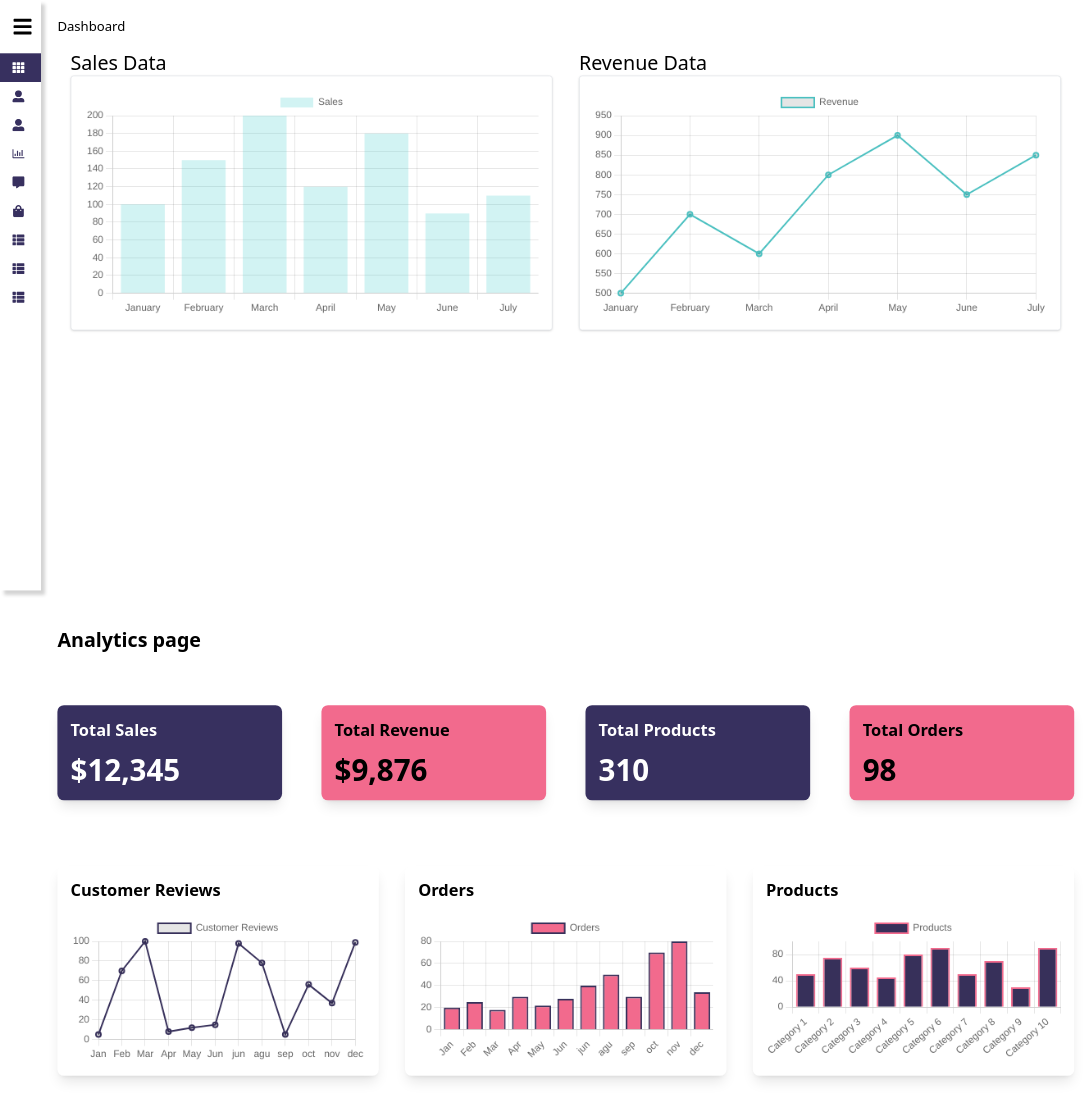
Repository: AndargWorku12/admin-dashboard
Page: /
An editor plug-in stored every save of this project. The page is shown before and after the next save, followed by the edit.
The browser window is 1280 px wide. The page is 1330 px wide, so the pictures cover 1330 px, including what lies to the right of the window. The pictures show the whole page, at 82% of full size.
The project was rebuilt for these pictures with package versions that can differ from the ones it lists, and the page was loaded fresh each time. Also part of the build but not shown: src/styles/orders.css, src/pages/OrderTable.tsx, src/pages/OrderModal.tsx, src/pages/Orders.tsx, src/pages/CategoryDropdown.tsx, src/pages/CategoryModal.tsx, src/pages/CategoryPage.tsx, src/styles/login.css and 9 more.

Above is the page before, as saved 2024-02-02 03:09:35.

### src/index.tsx
import { ColorModeScript } from "@chakra-ui/react"
import * as React from "react"
import * as ReactDOM from "react-dom/client"
import App from "./App"
import './index.css'

const container = document.getElementById("root")
if (!container) throw new Error('Failed to find the root element');
const root = ReactDOM.createRoot(container)

root.render(

  <React.StrictMode>
    <ColorModeScript />
    <App />
  </React.StrictMode>,

)

### src/App.tsx

import React, {useState} from 'react';
import { BrowserRouter, Route, Routes } from 'react-router-dom';
import Sidebar from './components/Sidebar';
import Dashboard from './pages/Dashboard';
// import SignUpForm from './pages/LoginPopup'
import Orders from './pages/Orders';
import Category from './pages/CategoryPage';
import Login from './pages/Login'
import Analytics from './pages/Analytics';
import CustemerReview from './pages/CustemerReview';
import ProductList from './pages/ProductList';
import ShopCard from './pages/ShopCard';
import './App.css'
import SignUpForm from './pages/SignUpForm';
import ForgotPassword from './pages/ForgetPassword';
import AnalyticsPage from './pages/Analytics';



type SaleData = {
  date: string;
  amount: number;
};

type RevenueData = {
  month: string;
  revenue: number;
};

type Product = {
    id: string;
    photo: string;
    name: string;
    price: number;
    category: string;
};

type Order = {
    id: string;
    productName: string;
    quantity: number;
    totalPrice: number;

};

type CategoryType = {
  id: string;
  photo:string;
  name: string;
};



// Sample props for components
type DashboardProps = {
  saleData: SaleData[];
  revenueData: RevenueData[];
  // ... other props
};

type AnalyticsProps = {
  salesData: SaleData[];
  // ... other props
};

type ProductProps = {
  products: Product[];
  onUpdate: (productId: string, updatedProduct: Product) => void;

};




type OrderProps = {
  orders: Order[];
  // ... other props
};

type CategoryProps = {
  categories: CategoryType[];
  // ... other props
};







const App: React.FC = () => {


// for the product page to handle
  const [products, setProducts] = useState<Product[]>([


    {
      id: '1',
      photo: 'https://img.ltwebstatic.com/images3_pi/2022/01/10/16417919016a32607182dd11dedeb77e8324b683e8_thumbnail_900x.webp',
      name: 'Product 1',
      price: 29.99,
      category: 'Electronics',
    },
    {
      id: '2',
      photo: 'https://img.ltwebstatic.com/images3_pi/2022/01/10/16417919016a32607182dd11dedeb77e8324b683e8_thumbnail_900x.webp',
      name: 'Product 2',
      price: 49.99,
      category: 'Clothing',
    },
    {
      id: '3',
      photo: 'https://img.ltwebstatic.com/images3_pi/2022/01/10/16417919016a32607182dd11dedeb77e8324b683e8_thumbnail_900x.webp',
      name: 'Product 3',
      price: 9.99,
      category: 'Books',
    },
    {
      id: '4',
      photo: 'https://img.ltwebstatic.com/images3_pi/2022/01/10/16417919016a32607182dd11dedeb77e8324b683e8_thumbnail_900x.webp',
      name: 'Product 4',
      price: 79.99,
      category: 'Home and Kitchen',
    },
    {
      id: '5',
      photo: 'https://img.ltwebstatic.com/images3_pi/2022/01/10/16417919016a32607182dd11dedeb77e8324b683e8_thumbnail_900x.webp',
      name: 'Product 5',
      price: 39.99,
      category: 'Toys',
    },



  ]);

  // Function to handle creating a new product
  const handleCreate = (newProduct: Product) => {
    setProducts((prevProducts) => [...prevProducts, newProduct]);
  };

  // Function to handle updating a product

  const handleUpdate = (productId: string, newName: string, newPrice: number) => {
    setProducts((prevProducts) =>
      prevProducts.map((product) =>
        product.id === productId
          ? { ...product, name: newName, price: newPrice }
          : product
      )
    );
  };



  // Function to handle deleting a product
  const handleDelete = (productId: string) => {
    setProducts((prevProducts) => prevProducts.filter((product) => product.id !== productId));
  };

//  for AnalyticsPage
// for category page


const [categories, setCategories] = useState<CategoryType[]>([
  {
    id: '1',
    photo: 'https://plus.unsplash.com/premium_photo-1661662850226-83c981ed4eba?w=500&auto=format&fit=crop&q=60&ixlib=rb-4.0.3&ixid=M3wxMjA3fDB8MHxzZWFyY2h8MXx8bGFwdG9wJTIwY29tcHV0ZXJ8ZW58MHx8MHx8fDA%3D',
    name: 'Category 1',
  },
  {
    id: '2',
    photo: 'https://plus.unsplash.com/premium_photo-1661662850226-83c981ed4eba?w=500&auto=format&fit=crop&q=60&ixlib=rb-4.0.3&ixid=M3wxMjA3fDB8MHxzZWFyY2h8MXx8bGFwdG9wJTIwY29tcHV0ZXJ8ZW58MHx8MHx8fDA%3D',
    name: 'Category 2',
  },
  {
    id: '3',
    photo: 'https://plus.unsplash.com/premium_photo-1661662850226-83c981ed4eba?w=500&auto=format&fit=crop&q=60&ixlib=rb-4.0.3&ixid=M3wxMjA3fDB8MHxzZWFyY2h8MXx8bGFwdG9wJTIwY29tcHV0ZXJ8ZW58MHx8MHx8fDA%3D',
    name: 'Category 3',
  },
  {
    id: '4',
    photo: 'https://plus.unsplash.com/premium_photo-1661662850226-83c981ed4eba?w=500&auto=format&fit=crop&q=60&ixlib=rb-4.0.3&ixid=M3wxMjA3fDB8MHxzZWFyY2h8MXx8bGFwdG9wJTIwY29tcHV0ZXJ8ZW58MHx8MHx8fDA%3D',
    name: 'Category 4',
  },

]);

// Function to handle creating a new category
// const handleCreateCategory = (newCategory: CategoryType) => {
//   setCategories((prevCategories) => [...prevCategories, newCategory]);
// };
const handleCreateCategory = (newCategory: CategoryType) => {
  // Add the new category to the list of categories
  setCategories((prevCategories) => [...prevCategories, newCategory]);
};

const handleUpdateCategory = (categoryId: string, newName: string) => {
  setCategories((prevCategories) =>
    prevCategories.map((category) =>
      category.id === categoryId ? { ...category, name: newName } : category
    )
  );
};

// Function to handle deleting a category
const handleDeleteCategory = (categoryId: string) => {
  setCategories((prevCategories) => prevCategories.filter((category) => category.id !== categoryId));
};

  const saleData: SaleData[] = [
    { date: '2022-01-01', amount: 100 },
    { date: '2022-01-02', amount: 150 },
    { date: '2022-01-03', amount: 200 },
    { date: '2022-01-04', amount: 120 },
    { date: '2022-01-05', amount: 180 },
    { date: '2022-01-06', amount: 90 },
    { date: '2022-01-07', amount: 110 },
    { date: '2022-01-08', amount: 130 },
    { date: '2022-01-09', amount: 170 },
    { date: '2022-01-10', amount: 160 },
  ];

  const revenueData: RevenueData[] = [
    { month: 'January', revenue: 500 },
    { month: 'February', revenue: 700 },
    { month: 'March', revenue: 600 },
    { month: 'April', revenue: 800 },
    { month: 'May', revenue: 900 },
    { month: 'June', revenue: 750 },
    { month: 'July', revenue: 850 },
    { month: 'August', revenue: 950 },
    { month: 'September', revenue: 700 },
    { month: 'October', revenue: 850 },
  ];


   const [orders, setOrders] = useState<Order[]>([
    {
      id: '1',
      productName: 'Laptop',
      quantity: 2,
      totalPrice: 2000,
    },
    {
      id: '2',
      productName: 'Smartphone',
      quantity: 3,
      totalPrice: 1200,
    },
    {
      id: '3',
      productName: 'Headphones',
      quantity: 1,
      totalPrice: 100,
    },
    {
      id: '4',
      productName: 'Camera',
      quantity: 1,
      totalPrice: 800,
    },

   ]);

  // Function to create a new order
  const handleCreateOrder = (newOrder: Order) => {
    setOrders((prevOrders) => [...prevOrders, newOrder]);
  };

  // Function to delete an order
  const handleDeleteOrder = (orderId: string) => {
    const updatedOrders = orders.filter(order => order.id !== orderId);
    setOrders(updatedOrders);
  };

  // Function to update an order
  const handleUpdateOrder = (orderId: string, updatedOrder: Order) => {
    // Placeholder implementation: Updating the order in the list
    setOrders((prevOrders) =>
      prevOrders.map((order) =>
        order.id === orderId ? { ...order, ...updatedOrder } : order
      )
    );
  };

  return (
    <div>
    <BrowserRouter>
    <Sidebar>
      <Routes>
        <Route path="/" element={<Dashboard saleData={saleData} revenueData={revenueData}  />} />
        <Route path="/dashboard" element={<Dashboard saleData={saleData} revenueData={revenueData}  />} />
       <Route path="/login" element={<Login/>}/>
       <Route path='/forget-password' element={<ForgotPassword/>}/>
        <Route path="/signup" element={<SignUpForm />} />
        <Route path="/review"element={<CustemerReview username="John" joinedDate="2022-01-01" reviewDate="2022-01-15" reviewText="Lorem ipsum" />}
/>

        <Route path="/analytics" element={<Analytics  />} />
        <Route
  path="/product"
  element={<ProductList />}
/>
        <Route path="/shop" element={<ShopCard />} />
        <Route
        path="/orders"
        element={
          <Orders
/>
        }
      />

        <Route
            path="/category"
            element={<Category />}
          />

      </Routes>
    </Sidebar>
  </BrowserRouter>
  </div>
  );
};

export default App;

### src/components/Sidebar.tsx
import React, { useState } from 'react';
import ReactNode from "react";
import {
    FaTh,
    FaBars,
    FaUserAlt,
    FaRegChartBar,
    FaCommentAlt,
    FaShoppingBag,
    FaThList
} from 'react-icons/fa';
import { NavLink, NavLinkProps } from 'react-router-dom';



interface MenuItem {
    path: string;
    name: string;
    icon: JSX.Element;
}

interface SidebarProps {
  children: React.ReactNode;
}
    const Sidebar: React.FC<React.PropsWithChildren<{}>> = ({ children }) => {
    const [isOpen, setIsOpen] = useState(false);

    const toggle = () => setIsOpen(!isOpen);

    const menuItems: MenuItem[] = [
        {
            path: '/',
            name: 'Dashboard',
            icon: <FaTh />,
        },
        {
            path: '/login',
            name: 'Login',
            icon: <FaUserAlt />,
        },
        {
          path: '/signup',
          name: 'Register form',
          icon: <FaUserAlt />,
      },
        {
            path: '/analytics',
            name: 'Analytics',
            icon: <FaRegChartBar />,
        },
        {
            path: '/review',
            name: 'CustemerReview',
            icon: <FaCommentAlt />,
        },
        {
            path: '/product',
            name: 'Product',
            icon: <FaShoppingBag />,
        },
        {
            path: '/category',
            name: 'Category List',
            icon: <FaThList />,
        },
        {
          path: '/orders',
          name: 'Orders',
          icon: <FaThList />,
      },
      {
        path: '/shop',
        name: 'Sample product',
        icon: <FaThList />,
    },
    ];

    return (
        <div className="container">
            <div style={{ width: isOpen ? '200px' : '50px' }} className="sidebar">
                <div className="top_section">
                    <h1 style={{ display: isOpen ? 'block' : 'none' }} className="logo">
                        Logo
                    </h1>
                    <div style={{ marginLeft: isOpen ? '50px' : '0px' }} className="bars">
                        <FaBars onClick={toggle} />
                    </div>
                </div>
                {menuItems.map((item, index) => (
                    <NavLink to={item.path} key={index} className="link"
                    //  activeClassName="active"
                     >
                        <div className="icon">{item.icon}</div>
                        <div style={{ display: isOpen ? 'block' : 'none' }} className="link_text text-sm">
                            {item.name}
                        </div>
                    </NavLink>
                ))}
            </div>
            <main>{children}</main>
        </div>
    );
};

export default Sidebar;

### src/pages/Dashboard.tsx
import React from 'react';
import { Bar, Line } from 'react-chartjs-2';
import {
  Chart as ChartJS,
  CategoryScale,
  LinearScale,
  BarElement,
  PointElement,
  LineElement,
  Title,
  Tooltip,
  Legend,
} from 'chart.js';
import AnalyticsPage from './Analytics';

ChartJS.register(
  CategoryScale,
  LinearScale,
  BarElement,
  PointElement,
  LineElement,
  Title,
  Tooltip,
  Legend
);
// import Chart from 'chart.js/auto';
// Assuming saleData and revenueData are custom types
type SaleData = {
  date: string;
  amount: number;
};

type RevenueData = {
  month: string;
  revenue: number;
};

interface DashboardProps {
  saleData: SaleData[];
  revenueData: RevenueData[];
}

const Dashboard: React.FC<DashboardProps> = ({ saleData, revenueData }) => {
  const barChartData = {
    labels: ['January', 'February', 'March', 'April', 'May', 'June', 'July'],
    datasets: [
      {
        label: 'Sales',
        data: saleData.map((data) => data.amount),
        backgroundColor: 'rgba(34,192,192,0.2)',



      },
    ],
  };

  const lineChartData = {
    labels: ['January', 'February', 'March', 'April', 'May', 'June', 'July'],
    datasets: [
      {
        label: 'Revenue',
        data: revenueData.map((data) => data.revenue),
        fill: false,
        borderColor: 'rgba(75,192,192,1)',
        borderWidth: 2,
        //some thing


      },
    ],
  };

  return (
    <div>
      <h2>Dashboard</h2>
<div className="flex h-screen">
      <div className="flex-1 max-w-screen-md p-4">
        <h3 className="text-2xl">Sales Data</h3>
        <div className="border p-4 bg-white rounded shadow">
        <Bar data={barChartData} />
      </div>
      </div>

      <div className="flex-1 max-w-screen-md p-4">
        <h3 className="text-2xl">Revenue Data</h3>
        <div className="border p-4 bg-white rounded shadow" >
        <Line data={lineChartData} />
        </div>
      </div>
      </div>
      <div>
      <AnalyticsPage/>
      </div>
    </div>
  );
};

export default Dashboard;











// import React from 'react';
// import { Bar, Line } from 'react-chartjs-2';

// interface DashboardProps {
//   saleData: saleData[];
//   revenueData: revenueData[];
// }

// const Dashboard: React.FC<DashboardProps> = ({ saleData, revenueData }) => {
//   const barChartData = {
//     labels: ['January', 'February', 'March', 'April', 'May', 'June', 'July'],
//     datasets: [
//       {
//         label: 'Sales',
//         data: saleData,
//         backgroundColor: 'rgba(75,192,192,0.2)',
//         borderColor: 'rgba(75,192,192,1)',
//         borderWidth: 1,
//       },
//     ],
//   };

//   const lineChartData = {
//     labels: ['January', 'February', 'March', 'April', 'May', 'June', 'July'],
//     datasets: [
//       {
//         label: 'Revenue',
//         data: revenueData,
//         fill: false,
//         borderColor: 'rgba(75,192,192,1)',
//         borderWidth: 2,
//       },
//     ],
//   };

//   return (
//     <div>
//       <h2>Dashboard</h2>

//       <div>
//         <h3>Sales Data</h3>
//         <Bar data={barChartData} />
//       </div>

//       <div>
//         <h3>Revenue Data</h3>
//         <Line data={lineChartData} />
//       </div>
//     </div>
//   );
// };

// export default Dashboard;

### src/pages/Analytics.tsx

// Install dependencies:
// npm install react-chartjs-2 chart.js

import React from 'react';
import { Bar, Line } from 'react-chartjs-2';
import '../styles/analytics.css'
const AnalyticsPage: React.FC = () => {
  // Sample data
  const customerReviewData = {
    labels: ['Jan', 'Feb', 'Mar', 'Apr', 'May', 'Jun','jun','agu','sep','oct','nov','dec'],
    datasets: [
      {
        label: 'Customer Reviews',
        data: [5, 70, 100, 8, 12, 15,98,78,5,56,37,99],
        borderColor: '#37305A',
        borderWidth: 2,
        fill: false,
      },
    ],
  };

  const ordersData = {
    labels: ['Jan', 'Feb', 'Mar', 'Apr', 'May', 'Jun','jun','agu','sep','oct','nov','dec'],
    datasets: [
      {
        label: 'Orders',
        data: [20, 25, 18, 30, 22, 28,40,50,30,70,80,34],
        backgroundColor: '#F26A8D',
        borderColor: '#37305A',
        borderWidth: 2,
      },
    ],
  };

  const productsData = {
    labels: ['Category 1', 'Category 2', 'Category 3', 'Category 4', 'Category 5','Category 6','Category 7','Category 8','Category 9','Category 10'],
    datasets: [
      {
        label: 'Products',
        data: [50, 75, 60, 45, 80,90,50,70,30,90],
        backgroundColor: '#37305A',
        borderColor: '#F26A8D',
        borderWidth: 2,

      },
    ],
  };

  return (
    <>
    <h2 className='text-black font-bold text-2xl mb-16'>Analytics page</h2>

    <div className="col-span-4 md:col-span-2 lg:col-span-1 flex justify-between gap-8 mb-20 ">
          <div className="card1 p-4 rounded-lg shadow-lg flex-1 mr-4">
            <h2 className="text-xl font-bold mb-4">Total Sales</h2>
            <p className="text-4xl font-bold">$12,345</p>
          </div>
                {/* <div className='gap-8 col-span-3 md:col-span-2 lg:col-span-1 flex justify-between w-48'> */}
          <div className=" card2 p-4 rounded-lg shadow-lg flex-1 mr-4">
            <h2 className="text-xl font-bold mb-4">Total Revenue</h2>
            <p className="text-4xl font-bold">$9,876</p>
          </div>



          <div className="card1 p-4 rounded-lg shadow-lg flex-1 mr-4">
            <h2 className="text-xl font-bold mb-4">Total Products</h2>
            <p className="text-4xl font-bold">310</p>
          </div>


          <div className="card2 p-4 rounded-lg shadow-lg flex-1">
            <h2 className="text-xl font-bold mb-4">Total Orders</h2>
            <p className="text-4xl font-bold">98</p>
          </div>
          {/* <div className="bg-white p-4 rounded-lg shadow-lg flex-1">
            <h2 className="text-xl font-bold mb-4">Total Categories</h2>
            <p className="text-4xl font-bold">15</p>
          </div> */}
          {/* </div> */}
        </div>
    <div className="container mx-auto my-8 ">

      <div className=" chart grid grid-cols-1 md:grid-cols-2 lg:grid-cols-3 gap-8 w-screen ">
        {/* Customer Reviews Chart */}
        <div className="bg-white p-4 rounded-lg shadow-lg ">
          <h2 className="text-xl font-bold mb-4">Customer Reviews</h2>
          <Line data={customerReviewData} />
        </div>

        {/* Orders Chart */}
        <div className=" bg-white p-4 rounded-lg shadow-lg">
          <h2 className="text-xl font-bold mb-4">Orders</h2>
          <Bar data={ordersData} />
        </div>

        {/* Products Chart */}
        <div className="  bg-white p-4 rounded-lg shadow-lg ">
          <h2 className="text-xl font-bold mb-4">Products</h2>
          <Bar data={productsData} />
        </div>

        {/* Total Metrics Cards */}
        {/* <div className='col-span-3 md:col-span-2 lg:col-span-1 flex justify-between gap-10'> */}


        {/* <div className="col-span-3 md:col-span-2 lg:col-span-1 flex justify-between gap-8 w-48">
          <div className="bg-white p-4 rounded-lg shadow-lg flex-1 mr-4">
            <h2 className="text-xl font-bold mb-4">Total Reviews</h2>
            <p className="text-4xl font-bold">135</p>
          </div>




        </div> */}


        {/* </div> */}
      </div>
    </div>
    </>
  );
};

export default AnalyticsPage;

### src/App.css
* {
    margin: 0;
    padding: 0;
    text-decoration: none;
    /* background: #fff; */
    /* color: #fff; */
    /* background: #0e1630 */
    /* background-color: #0e1630; */
}

.container {
    display: flex;
}

main {
    width: 100%;
    padding: 20px;
}

.sidebar {
    background: #fff;
    /* background: #0e1630; */
    box-shadow: 5px 5px 4px rgb(212, 212, 212);
    color: #000;
    height: 100vh;
    width: 200px;
    transition: all 0.5s;
}

.top_section {
    display: flex;
    align-items: center;
    padding: 20px 15px;
}

.logo {
    font-size: 30px;
}

.bars {
    display: flex;
    font-size: 25px;
    margin-left: 50px;
}

.link {
    display: flex;
    color: #37305F;
    padding: 10px 15px;
    gap: 15px;
    transition: all 0.5s;
}

.link:hover {
    background: #37305F;
    color: #fff;
    transition: all 0.5s;
}

.active {
    background: #37305F;
    color: #fff;
}

.icon,
.link_text {
    font-size: 15px;
}

### src/styles/analytics.css
.card1 {
    background: #37305F;
    color: #fff;
}

.card2 {
    background: #F26A8D;
    color: black;
}


/*
.customer {
    width: 50%;
}

.orders {
    width: 50%;
} */

Loaded but not shown: public/index.html (common file); src/index.css (common file); tailwind.config.js (common file)

After the next save:
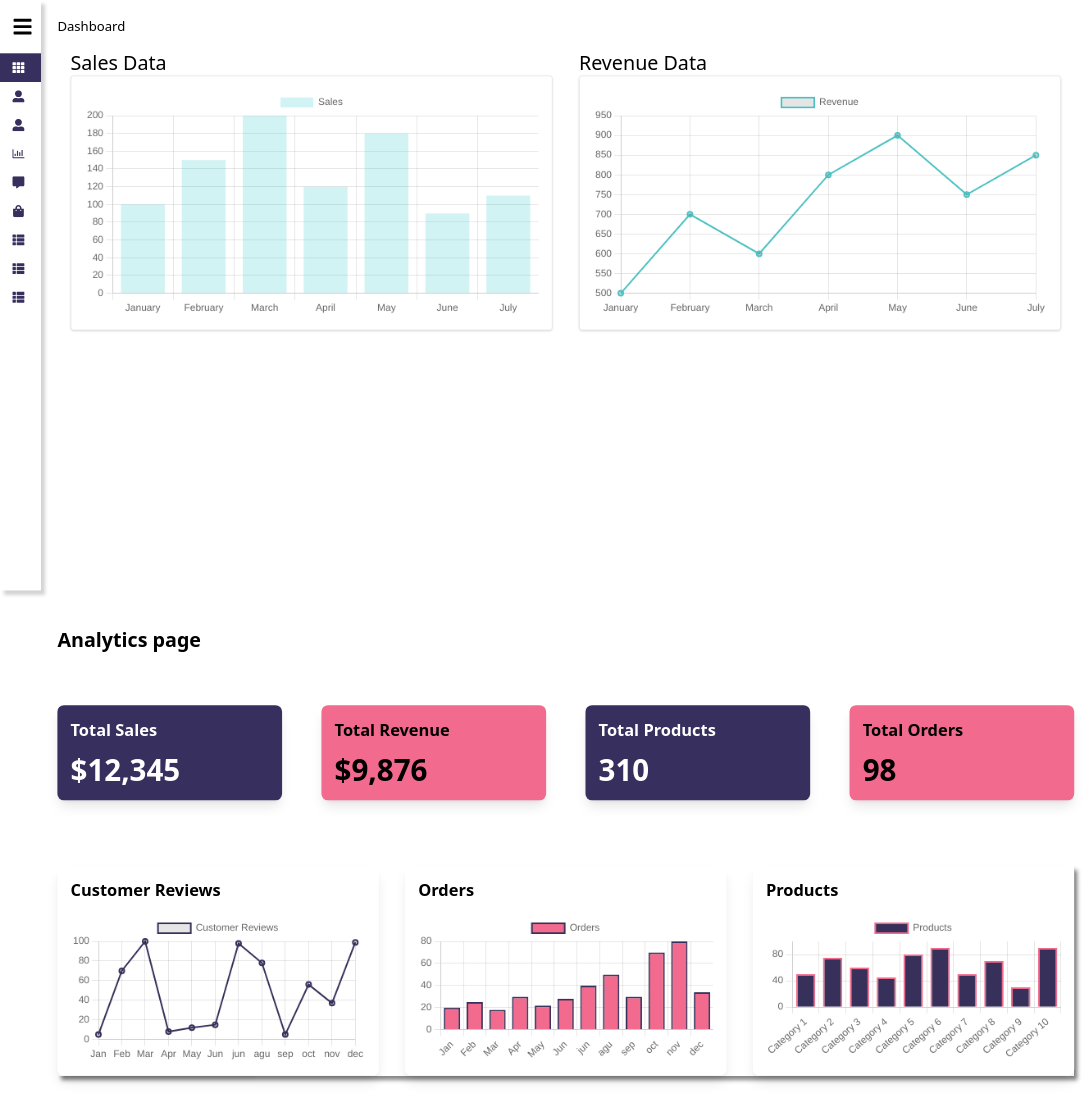
Saved 72 s later.
--- a/src/styles/analytics.css
+++ b/src/styles/analytics.css
@@ -6,6 +6,10 @@
 .card2 {
     background: #F26A8D;
     color: black;
+}
+
+.chart {
+    box-shadow: 5px 5px 5px gray;
 }
 
 
